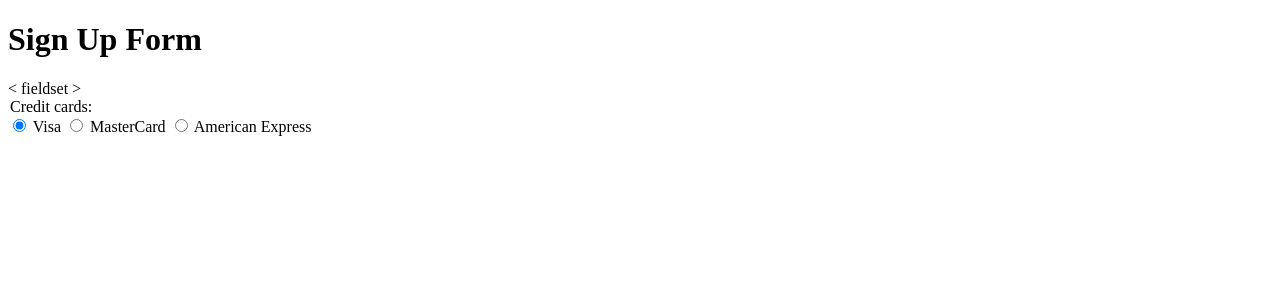
Repository: FWBMKII/csc207
Page: cnmb/cnmb.html
These files come from the project's save history. The page is drawn as it stood at one moment and after the next save; the edit follows.
The browser window is 1280 px wide. The pictures show the whole page.

Above is the page before, as saved 2015-04-27 12:23:09.

After the next save:
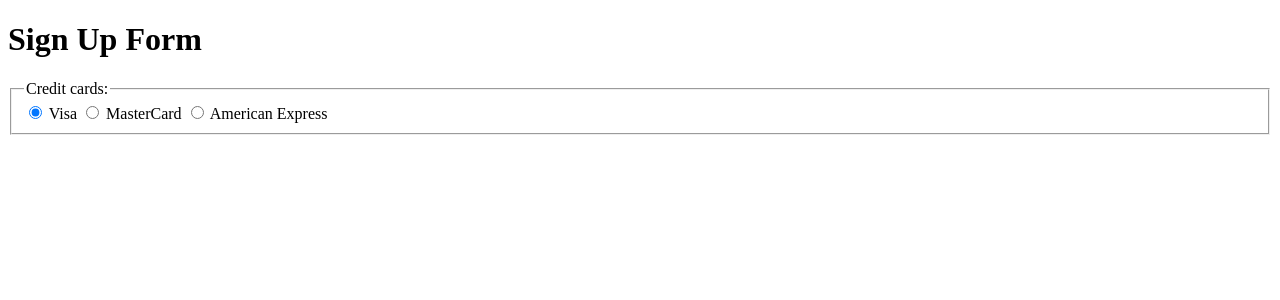
Saved 4 s later.
--- a/cnmb/cnmb.html
+++ b/cnmb/cnmb.html
@@ -7,9 +7,7 @@
 <body>
 	<h1>Sign Up Form</h1>
 	<form action="http://www.google.com/search">
-<
-fieldset
->
+<fieldset>
 <legend>Credit cards:</legend>
 <input type="radio" name="cc" value="visa"
 checked="checked" /> Visa
